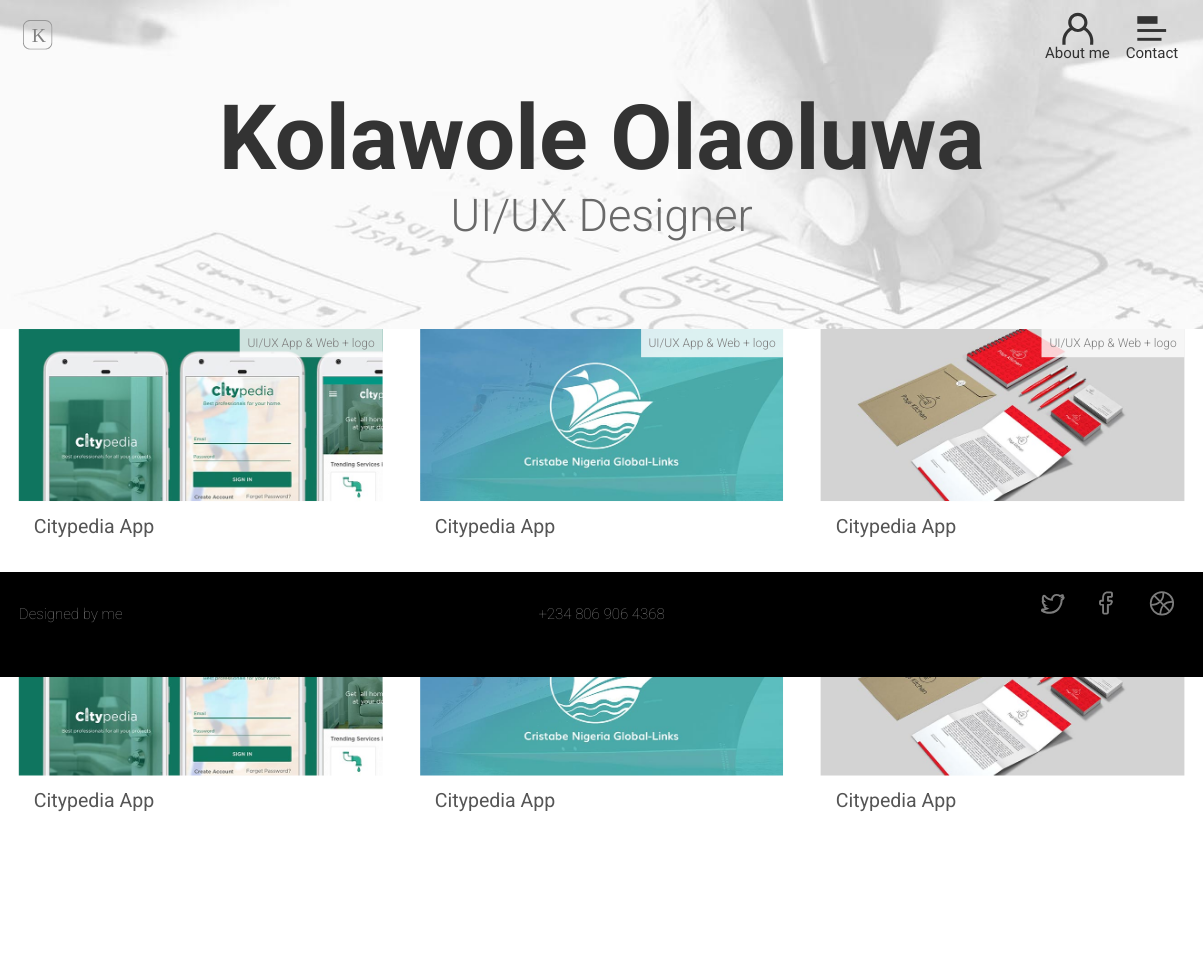
Repository: KolaCode/portfolio
Page: app/index.html
These files come from the project's save history. The page is drawn as it stood at one moment and after the next save; the edit follows.
The browser window is 1280 px wide. The pictures show the whole page, at 94% of full size.

Above is the page before, as saved 2017-10-08 12:43:39.

After the next save:
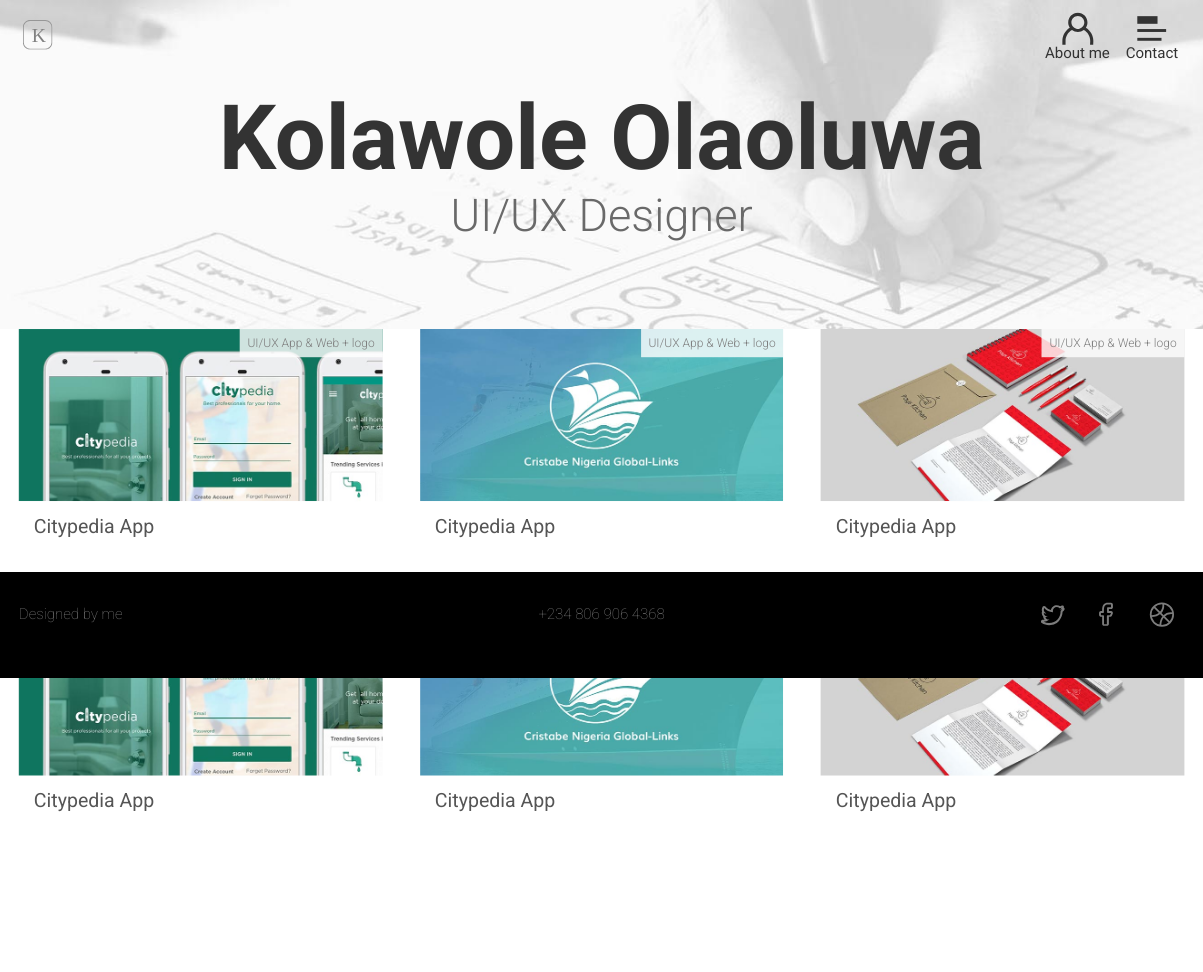
Saved 2 min 50 s later.
--- a/app/index.html
+++ b/app/index.html
@@ -209,8 +209,7 @@
                 <p class="footer__phone">+234 806 906 4368</p>
             </div>
 
-            <div class="footer__align row__project-medium-4 footer--info">
-                <div class="footer__social-icons-align">
+            <div class="footer__align row__project-medium-4 footer--info"></div>
                     <div class="footer__social">
                         <img class="icons__social-icons" src="assets/images/icons/dribbble.svg">
                     </div>
@@ -222,7 +221,7 @@
                     <div class="footer__social">
                         <img class="icons__social-icons" src="assets/images/icons/twitter-icon.svg">
                     </div>
-                </div>
+
             </div>
         </div>
 

After the 2 saves that followed:
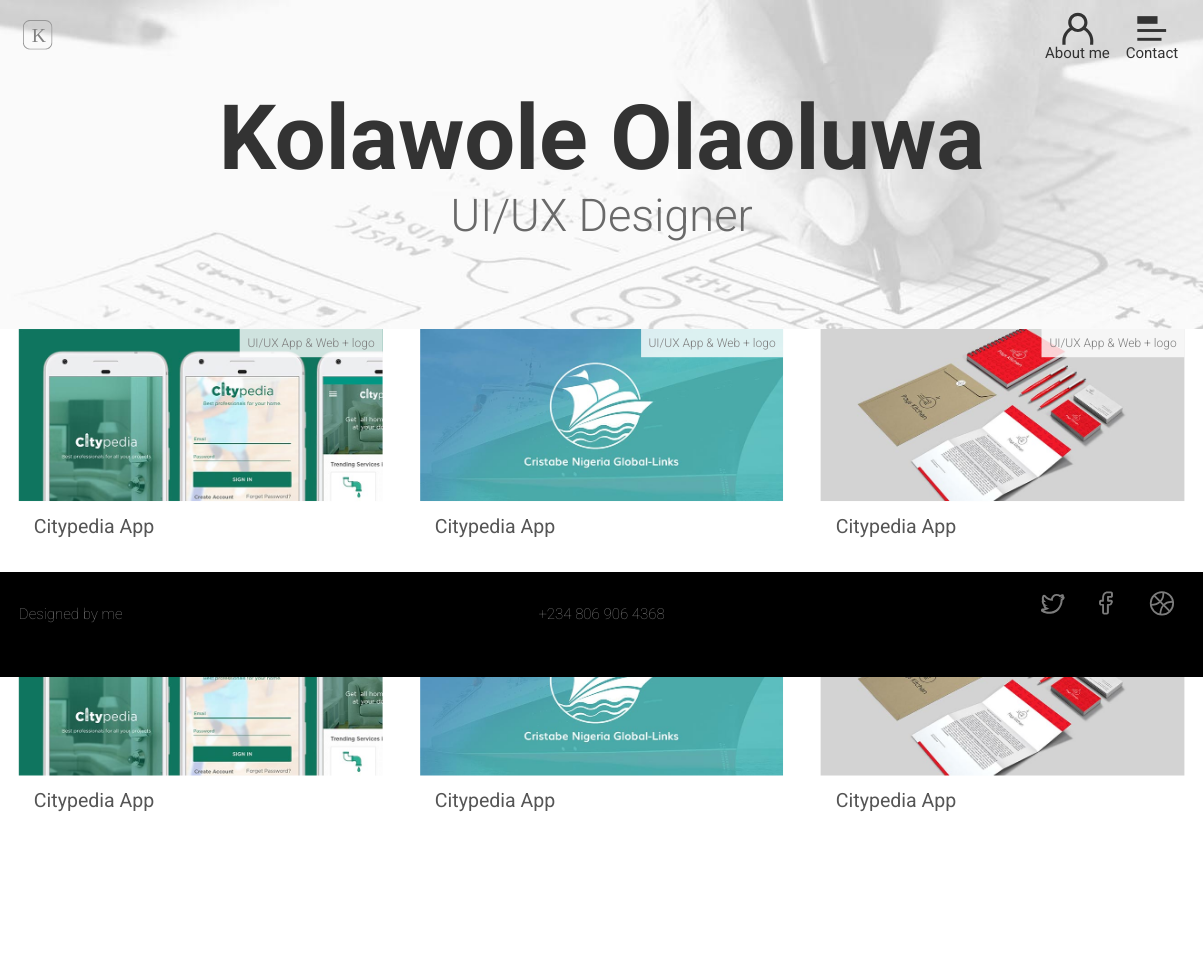
The 2 saves are shown as one change because 1 left the picture as it was.
The last was saved 10 min 51 s later.
--- a/app/index.html
+++ b/app/index.html
@@ -209,19 +209,18 @@
                 <p class="footer__phone">+234 806 906 4368</p>
             </div>
 
-            <div class="footer__align row__project-medium-4 footer--info"></div>
-                    <div class="footer__social">
-                        <img class="icons__social-icons" src="assets/images/icons/dribbble.svg">
-                    </div>
-
-                    <div class="footer__social">
-                        <img class="icons__social-icons" src="assets/images/icons/facebook-icon.svg">
-                    </div>
-
-                    <div class="footer__social">
-                        <img class="icons__social-icons" src="assets/images/icons/twitter-icon.svg">
-                    </div>
-
+            <div class="footer__align row__project-medium-4 footer--info">
+                <div class="footer__social">
+                    <img class="icons__social-icons" src="assets/images/icons/dribbble.svg">
+                </div>
+
+                <div class="footer__social">
+                    <img class="icons__social-icons" src="assets/images/icons/facebook-icon.svg">
+                </div>
+
+                <div class="footer__social">
+                    <img class="icons__social-icons" src="assets/images/icons/twitter-icon.svg">
+                </div>
             </div>
         </div>
 
